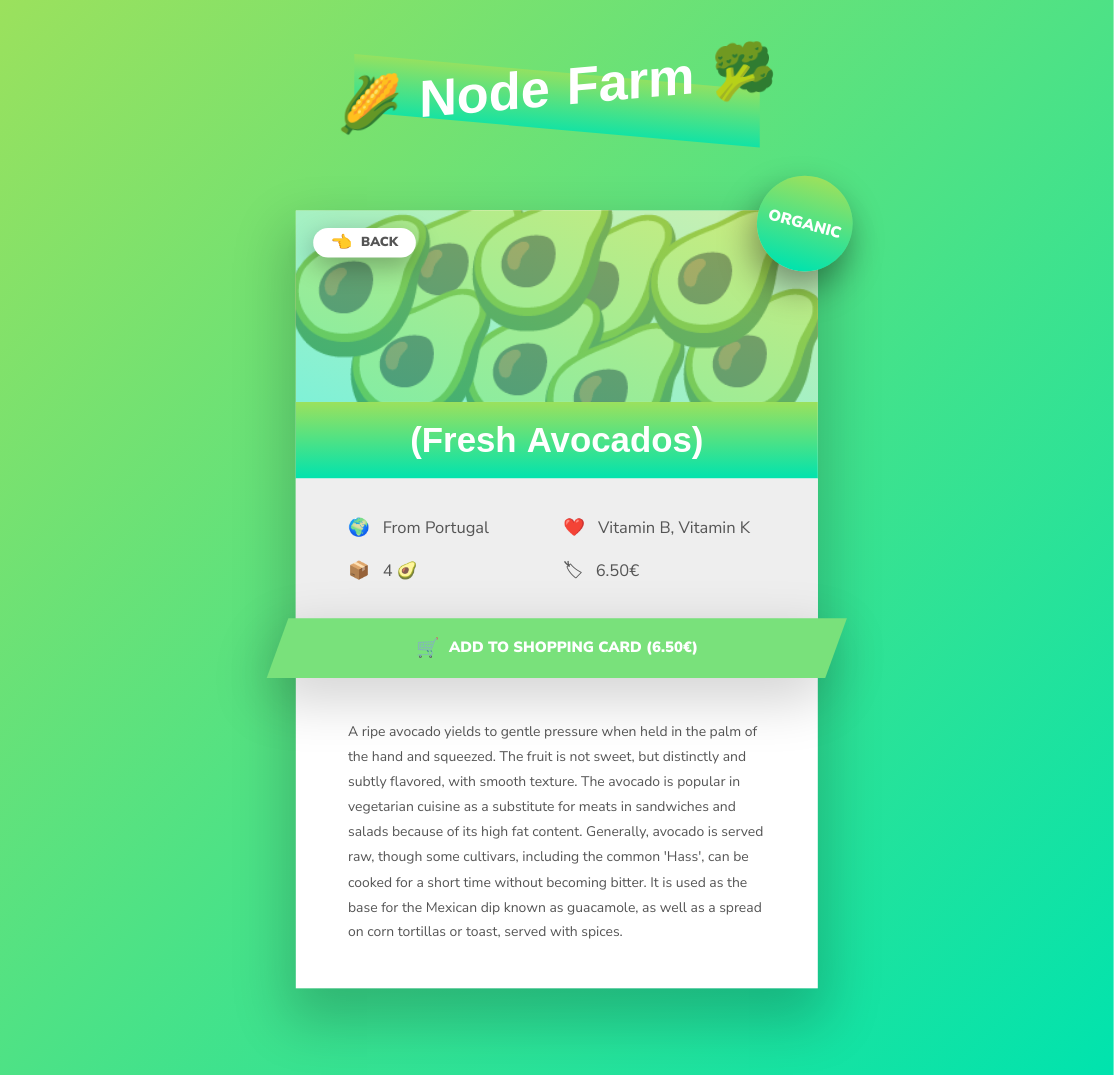
Repository: smit1298/complete-node-bootcamp
Page: node-farm/starter/templates/product.html
The author's editor kept a copy of each file at every save. The page is drawn from the files as they stood at one save, then again after the next save.
The browser window is 1280 px wide. The pictures show the whole page, at 87% of full size.
Some web fonts or font styles are not loaded; a fallback is used.

Above is the page before, as saved 2021-07-21 12:58:27.

After the next save:
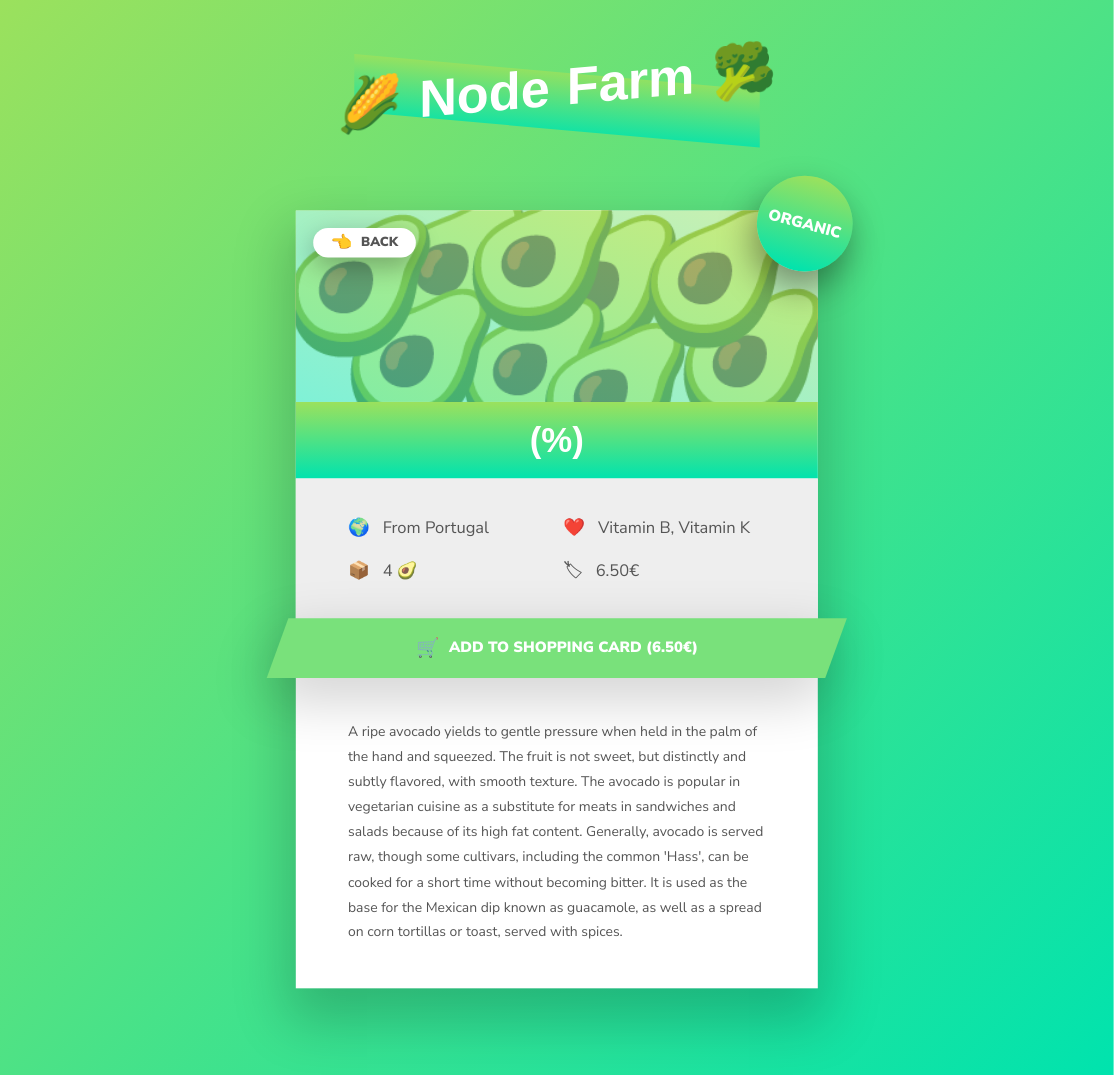
Saved 4 s later.
--- a/node-farm/starter/templates/product.html
+++ b/node-farm/starter/templates/product.html
@@ -285,7 +285,7 @@
           <span class="product__emoji product__emoji--8">🥑</span>
           <span class="product__emoji product__emoji--9">🥑</span>
         </div>
-        <h2 class="product__name">(Fresh Avocados)</h2>
+        <h2 class="product__name">(%)</h2>
         <div class="product__details">
           <p><span class="emoji-left">🌍</span> From Portugal</p>
           <p><span class="emoji-left">❤️</span> Vitamin B, Vitamin K</p>
